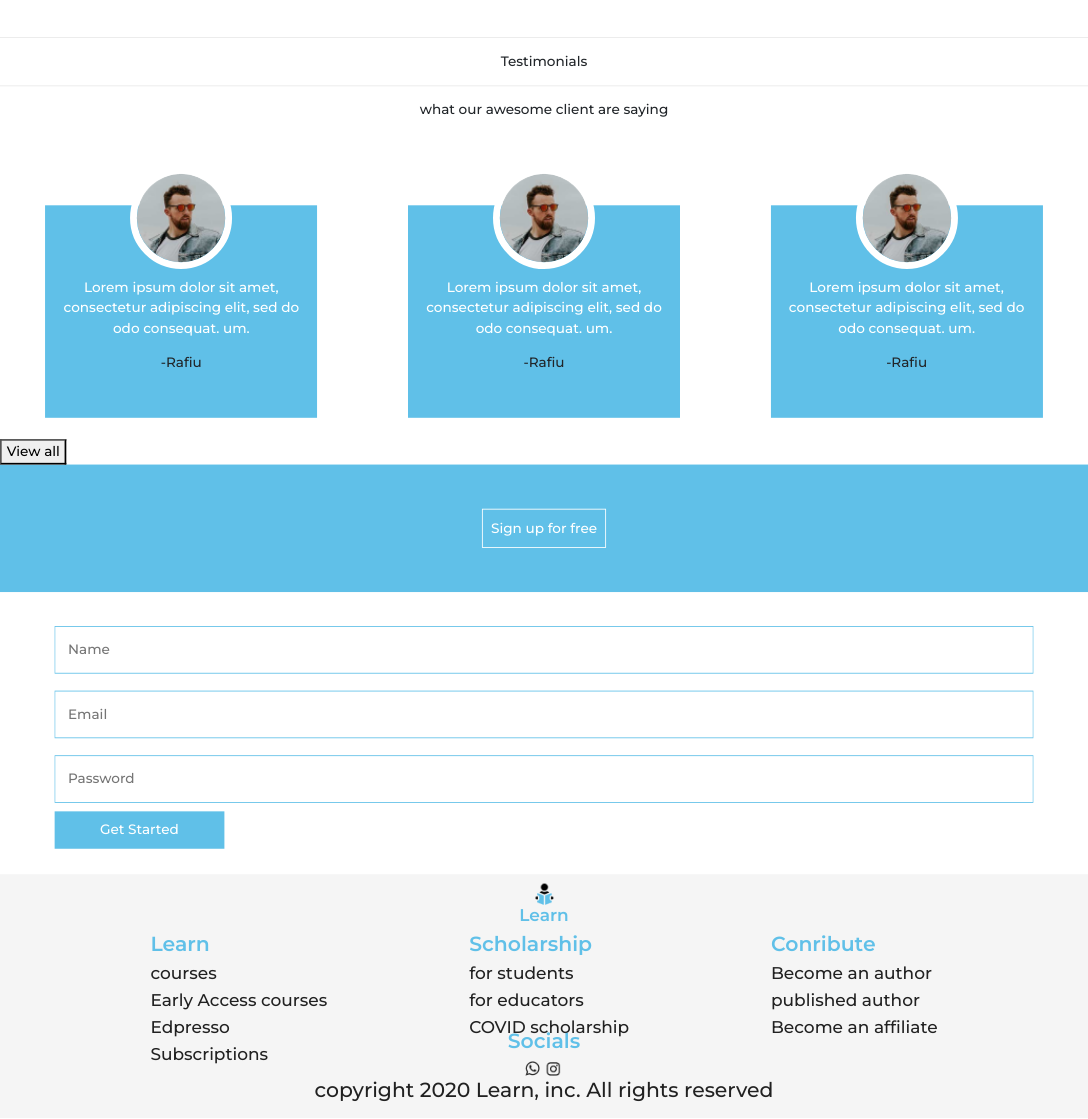
Repository: TiaraOluwanimi/team5
Page: tutor.html
An editor plug-in stored every save of this project. The page is shown before and after the next save, followed by the edit.
The browser window is 1280 px wide. The pictures show the part of the page from y = 1876 to 3192 px (the page is 3192 px tall before and 3136 px after), at 85% of full size.
A picture or video elsewhere on the page could not be fetched, so the positions and the page height are approximate. Some web libraries are served in a nearby version.

Above is the page before, as saved 2020-08-08 11:55:46.

### tutor.html
<!DOCTYPE html>
<html lang="zxx">
  <head>
    <meta charset="UTF-8" />
    <meta name="viewport" content="width=device-width, initial-scale=1.0" />
    <title>Online Tutoring</title>
    <!-- Custom Css -->
    <link rel="stylesheet" href="./assets/css/header-footer.css" />
    <link rel="stylesheet" href="./assets/css/tutor.css" />
    <link rel="stylesheet" href="./assets/css/testimonial.css" />
    <!-- Favicon -->

    <!---------------------- CDNs----------------- -->
    <!-- Bootstrap CSS CDN -->
    <link
      rel="stylesheet"
      href="https://maxcdn.bootstrapcdn.com/bootstrap/4.0.0/css/bootstrap.min.css"
      integrity="sha384-Gn5384xqQ1aoWXA+058RXPxPg6fy4IWvTNh0E263XmFcJlSAwiGgFAW/dAiS6JXm"
      crossorigin="anonymous"
    />
    <!-- fontawesome CDN -->
    <!-- Google Font -->
    <link href="https://fonts.googleapis.com/css2?family=Montserrat:wght@500;600&display=swap" rel="stylesheet">
    <!-- Font Awesome -->
    <script src="https://kit.fontawesome.com/0f19ba4771.js" crossorigin="anonymous"></script>

</head>

<body>
    <!-- Welcome to this online tutoring website. 😊 -->
    <!--  Header  -->
    <nav class="nav1">
      <a href="#"><img src="./assets/img/logo.png" alt="" /></a>
      <div class="nav1div1">
        <img
          class="searchicon"
          onclick="displaySearchBar()"
          src="./assets/img/search.png"
          alt=""
        />
        <button class="nav1butt1">Log in</button>
        <button class="nav1butt2">Join for free</button>
      </div>
      <div class="nav1div2 display">
        <input
          class="searchbar"
          type="text"
          placeholder="Enter Text here"

        />
      </div>
    </nav>

    <!-- Landing Page -->
    <div class="div1">
        <img class="div1img1" src="./assets/img/hero-img.png" alt="">
        <div class="div1div1">
            <i class="fas fa-play-circle fa-2x div1img2"></i>
            &nbsp;&nbsp;&nbsp;
            <h3 class="div1hh1">TAKE A TOUR</h3>
        </div>
    </div>

    <div class="div2">
        <h1 class="div2hh1">
            LEARN ALL YOU WANT, AT YOUR OWN
            <span class="div2hh2">PACE.</span>
        </h1>
        <h4 class="div2hh3">
            Lorem ipsum dolor sit amet, consectetur
            adipiscing elit, sed do eiusmod tempor
            incididunt ut labore et dolore magna
            aliqua. Ut enim ad minim veniam, quis
            nostrud exercitation ullamco laboris nisi
            ut aliquip ex ea commodo consequat.
        </h4>
        <div class="div2div1">
            <button class="div2butt1">Get Started</button>
        </div>
    </div>
    <!-- join us section -->
    <section id="join-us" class="py-5" style="position: relative;">
        <div style="position: absolute; right: 0px; top:-10px;">
          <img src="./assets/img/Ellipse13.png" alt="" class="img-fluid" >
        </div>
        <div class="container">
          <div class="row">
            <div class="col-12 mx-auto text-center">
              <h4 class="mx-auto sec-head">
                <span><strong>Join Us</strong></span>
              </h4>
              <p>
                Join us for free classes taught by experts. And explore hundreds
                of free online classes.
              </p>
            </div>
            <div class="row py-3">
                <div class="col-md-4 text-center my-3">
                  <div class="box-shadow py-3">
                    <img
                      src="./assets/img/course.png"
                      alt=""
                      class="join-img img-fluid rounded-circle w-50"
                    />
                    <h4 class="my-5"><strong>Choose a Course</strong></h4>
                  </div>
                </div>
                <div class="col-md-4 text-center my-3">
                  <div class="box-shadow py-3">
                    <img
                      src="./assets/img/skillset.png"
                      alt=""
                      class="join-img img-fluid rounded-circle w-50"
                    />
                    <h4 class="my-5"><strong>Grow your skillset</strong></h4>
                  </div>
                </div>
                <div class="col-md-4 text-center my-3">
                  <div class="box-shadow py-3">
                    <img
                      src="./assets/img/mentorship.png"
                      alt=""
                      class="join-img img-fluid rounded-circle w-50"
                    />
                    <h4 class="my-5"><strong>Meet a mentor</strong></h4>
                  </div>
                </div>
                <button
                  class="btn btn-lg btn-outline-primary py-3 px-5 rounded-0 mx-auto"
                >
                  View All
                </button>
              </div>
            </div>
        </div>
          </section>

    <!-- service section -->
    <section id="services" class="py-5" style="position: relative;">
      <div style="position: absolute; left: 0px; top: -30px;">
        <img src="./assets/img/Ellipse10.png" alt="" />
      </div>
      <div
        style="position: absolute; right: 0px; top: 30%; transform: scale(-1);"
      >
        <img src="./assets/img/Ellipse10.png" alt="" />
      </div>
      <div class="container">
        <div class="row">
          <div class="col-12 mx-auto text-center">
            <h4 class="mx-auto sec-head">
              <span><strong>Services</strong></span>
            </h4>
            <p>
              Helping over 5,000 students reach their ultimate goals with our
              special packages.
            </p>
          </div>
        </div>
        <div class="row p-3">
          <div class="col-md-4 text-center py-3">
            <h4><strong>Get help, FAST</strong></h4>
            <img
              src="./assets/img/hourglass1.png"
              alt=""
              class="img-fluid w-25 my-3"
            />
            <p class="my-3" style="font-size: 14px;">
              Lorem ipsum dolor sit amet, consectetur adipiscing elit, sed do
              eiusmod tempor incididunt ut labore et dolore magna aliqua. Ut
              enim ad minim veniam, quis nostrud exercitation ullamco laboris
              nisi ut aliquip ex ea commodo consequat. um.
            </p>
            <h6 class="border py-3 px-1 mx-3 border-primary">
              Learn More <i></i>
            </h6>
          </div>
          <div class="col-md-4 text-center py-3">
            <h4><strong>Personalised tutoring</strong></h4>
            <img
              src="./assets/img/teacher1.png"
              alt=""
              class="img-fluid w-25 my-3"
            />
            <p class="my-3" style="font-size: 14px;">
              Lorem ipsum dolor sit amet, consectetur adipiscing elit, sed do
              eiusmod tempor incididunt ut labore et dolore magna aliqua. Ut
              enim ad minim veniam, quis nostrud exercitation ullamco laboris
              nisi ut aliquip ex ea commodo consequat. um.
            </p>
            <h6 class="border py-3 px-1 mx-3 border-primary">
              Learn More <i></i>
            </h6>
          </div>
          <div class="col-md-4 text-center py-3">
            <h4><strong>80+ Courses</strong></h4>
            <img
              src="./assets/img/test1.png"
              alt=""
              class="img-fluid w-25 my-3"
            />
            <p class="my-3" style="font-size: 14px;">
              Lorem ipsum dolor sit amet, consectetur adipiscing elit, sed do
              eiusmod tempor incididunt ut labore et dolore magna aliqua. Ut
              enim ad minim veniam, quis nostrud exercitation ullamco laboris
              nisi ut aliquip ex ea commodo consequat. um.
            </p>
            <h6 class="border py-3 px-1 mx-3 mx-lg-1 border-primary">
              Learn More <i></i>
            </h6>
          </div>
        </div>
      </div>
    </section>
    <!-- Testimonial section -->
    <section>
      <div>
        <div class="testimonial-heading">
          <div>
            <hr>
            <span>Testimonials</span>
            <hr>
          </div>
          <p>what our awesome client are saying</p>
        </div>
        <div  id="testimonial-details">
          <div class="testimonial-card col-3">
            <img src="./assets/img/Ellipse7.png" alt="">
            <div class="testimonial-statement">
              <p>Lorem ipsum dolor sit amet, consectetur adipiscing elit, sed do odo consequat. um.</p>
            </div>
            <p>-Rafiu</p>
          </div>
          <div class="testimonial-card col-3">
            <img src="./assets/img/Ellipse7.png" alt="">
            <div class="testimonial-statement">
              <p>Lorem ipsum dolor sit amet, consectetur adipiscing elit, sed do odo consequat. um.</p>
            </div>
            <p>-Rafiu</p>
          </div>
          <div class="testimonial-card col-3">
            <img src="./assets/img/Ellipse7.png" alt="">
            <div class="testimonial-statement">
              <p>Lorem ipsum dolor sit amet, consectetur adipiscing elit, sed do odo consequat. um.</p>
            </div>
            <p>-Rafiu</p>
          </div>

        </div>
          <button>View all</button>
        <div id="sign-button">

          <button>Sign up for free</button>
        </div>
        <div class="testimonial-container">
          <form >
            <input type="text" placeholder="Name">
            <input type="email" placeholder="Email">
            <input type="password" placeholder="Password">
            <button>Get Started</button>
          </form>
        </div>
      </div>
    </section>
    <!--  Footer  -->
    <footer class="footer1">
      <div class="footer1div1">
        <img class="footer1img1" src="./assets/img/logo.png" alt="" />
        <h5 class="footer1hh1">Learn</h5>
      </div>

      <div class="footer1div2">
        <div class="footer1div3">
          <h4 class="footer1hh2">Learn</h4>
          <a href="" class="footer1link1"
            ><h5 class="footer1hh3">courses</h5></a
          >
          <a href="" class="footer1link1"
            ><h5 class="footer1hh3">Early Access courses</h5></a
          >
          <a href="" class="footer1link1"
            ><h5 class="footer1hh3">Edpresso</h5></a
          >
          <a href="" class="footer1link1"
            ><h5 class="footer1hh3">Subscriptions</h5></a
          >
        </div>
        <div class="footer1div4">
          <h4 class="footer1hh2">Scholarship</h4>
          <a href="" class="footer1link1"
            ><h5 class="footer1hh3">for students</h5></a
          >
          <a href="" class="footer1link1"
            ><h5 class="footer1hh3">for educators</h5></a
          >
          <a href="" class="footer1link1"
            ><h5 class="footer1hh3">COVID scholarship</h5></a
          >
        </div>
        <div class="footer1div5">
          <h4 class="footer1hh2">Conribute</h4>
          <a href="" class="footer1link1"
            ><h5 class="footer1hh3">Become an author</h5></a
          >
          <a href="" class="footer1link1"
            ><h5 class="footer1hh3">published author</h5></a
          >
          <a href="" class="footer1link1"
            ><h5 class="footer1hh3">Become an affiliate</h5></a
          >
        </div>
      </div>

      <div class="footer1div6">
        <h4 class="footer1hh2 redd">Socials</h4>
        <a href="#"><img src="./assets/img/whatsapp.png" alt="" /></a>
        <a href="#"><img src="./assets/img/instagram.png" alt="" /></a>
      </div>

      <h4 class="footer1hh4">
        copyright 2020 Learn, inc. All rights reserved
      </h4>
    </footer>

    <!---------------------- CDNs----------------- -->
    <!-- jQuery CDN -->
    <script
      src="https://code.jquery.com/jquery-3.2.1.slim.min.js"
      integrity="sha384-KJ3o2DKtIkvYIK3UENzmM7KCkRr/rE9/Qpg6aAZGJwFDMVNA/GpGFF93hXpG5KkN"
      crossorigin="anonymous"
    ></script>
    <!-- ajax CDN -->
    <script
      src="https://cdnjs.cloudflare.com/ajax/libs/popper.js/1.12.9/umd/popper.min.js"
      integrity="sha384-ApNbgh9B+Y1QKtv3Rn7W3mgPxhU9K/ScQsAP7hUibX39j7fakFPskvXusvfa0b4Q"
      crossorigin="anonymous"
    ></script>
    <!-- BootstrapJS CDN -->
    <script
      src="https://maxcdn.bootstrapcdn.com/bootstrap/4.0.0/js/bootstrap.min.js"
      integrity="sha384-JZR6Spejh4U02d8jOt6vLEHfe/JQGiRRSQQxSfFWpi1MquVdAyjUar5+76PVCmYl"
      crossorigin="anonymous"
    ></script>
    <!-- Custom Javascript Links -->
    <script src="./assets/js/tutor.js"></script>
  </body>
</html>

### assets/css/header-footer.css

/*  Header Navbar */
body{
  margin: 0;
}
.nav1{
   margin: 10px;
}
.nav1div1{
    display: inline;
    float: right;
}
.nav1butt1{
    color: #212121;
    border-color: #212121;
    border-width: 1px;
    background-color: #FFFFFF;
    padding: 7px 7px;
    font-family: 'Montserrat', sans-serif;
    font-weight: 500;
    outline: none;
    margin-left: 35px;
}
.nav1butt2{
    color: #FFFFFF;
    border-color: #60C0E8;
    border: none;
    background-color: #60C0E8;
    padding: 8px 7px;
    font-family: 'Montserrat', sans-serif;
    font-weight: 500;
    outline: none;
    margin-left: 8px;
}
.nav1butt1:hover{
    background-color: #f0f0f0;
      cursor: pointer;
}
.nav1butt2:hover{
    background-color: #60adce;
    cursor: pointer;
}
.searchicon:hover{
    cursor: pointer;
}
.nav1div2{
    text-align: center;
    width: 100%;
    margin-top: 10px;
}
.searchbar{
    width: 60%;
    font-family: 'Montserrat', sans-serif;
    outline: none;
    border-radius: 10px;
    padding: 10px;
    border-width: 1px;
}
.footer1link1{
    text-decoration: none;
}
.display{
    display: none;
}



/*  Footer  */
.footer1{
    padding: 10px;
    background-color: #F5F5F5;
}
.footer1div1{
    text-align: center;
}
.footer1hh1{
    margin-top: 0px;
    font-family: 'Montserrat', sans-serif;
    color: #60C0E8;
    font-weight: 600;
}
.footer1div2{
    display: flex;
    flex-direction:row;
    justify-content: space-evenly;
}
.footer1hh2{
    font-family: 'Montserrat', sans-serif;
    color: #60C0E8;
    font-weight: 600;
}
.footer1hh3{
    font-family: 'Montserrat', sans-serif;
    color: #212121;
    font-weight: normal;
}
.footer1div6{
    text-align: center;
    margin-top: -50px;
}
.redd{
    margin-bottom: 5px;
}
.footer1hh4{
    text-align: center;
    font-family: 'Montserrat', sans-serif;
    color: #212121;
    font-style: normal;
    font-weight: 500;
}

/* Footer Media Queries */
@media only screen and (max-width: 399px) {
    .footer1div2{
        flex-direction: column;
        align-items: center;
    }
    .footer1div6{
        text-align: center;
        margin-top: -10px;
    }
}

### assets/css/tutor.css
* {
  font-family: "Montserrat", sans-serif;
}
.div1 {
  margin: 10px;
  text-align: center;
}
.div1div1 {
  width: 100%;
  display: flex;
  justify-content: center;
  background-color: #60c0e8;
  margin-top: -5px;
}
.div1img1 {
  width: 100%;
  height: 350px;
}
.div1img2 {
  padding-top: 15px;
  color: #ffffff;
}
.div1div1:hover {
  background-color: #60adce;
  cursor: pointer;
}
.div1hh1 {
  font-family: "Montserrat", sans-serif;
  font-weight: 600;
  color: #ffffff;
}

.div2 {
  margin: 10px;
}
.div2hh1 {
  font-family: "Montserrat", sans-serif;
  text-align: center;
  color: #3a3a3a;
  font-weight: bold;
}
.div2hh2 {
  color: #60c0e8;
}
.div2hh3 {
  font-family: "Montserrat", sans-serif;
  text-align: center;
  color: #000000;
  font-weight: 500;
}
.div2div1 {
  text-align: center;
}
.div2butt1 {
  background-color: #60c0e8;
  font-weight: 500;
  color: #ffffff;
  border: none;
  outline: none;
  padding: 15px 30px;
  font-size: large;
}
.div2butt1:hover {
  background-color: #60adce;
  cursor: pointer;
}

/* this handles the line in each section heading  */
.sec-head {
  width: 30%;
  text-align: center;
  border-bottom: 2px solid #000;
  line-height: 0.1em;
  margin: 10px 0 20px;
}
.sec-head span {
  background: #fff;
  padding: 0 10px;
}
/* join us images border */
.join-img {
  border: 5px solid #60c0e8 !important;
}
/* box shadow */
.box-shadow {
  box-shadow: 0px 5px 30px 0.5px #e6e6e6;
}
.box-shadow:hover {
  box-shadow: 0px 5px 30px 5px #c7c7c7;
}

@media screen and (max-width: 320px) {
  .sec-head {
    width: 70%;
  }
}

### assets/css/testimonial.css
.testimonial-heading{
    text-align:center;
    margin-bottom: 50px;;
}
.testimonial-card{
    text-align: center;
    height:250px;
    width:500px;
    padding:15px;
    position: relative;
    background-color: #60C0E8;
    margin: 50px 20px 25px;


}
.testimonial-card img{
    margin-top:-60px;

    width:120px;
    border: 8px solid white;
    border-radius: 100%;

}
.testimonial-statement{
    color:#fff;
    margin:10px 0;
}
#testimonial-details{
    display:flex;
    justify-content: space-around;
    flex-wrap:nowrap;
    overflow-x: scroll;
}
.testimonial-container{
    width:90%;
    margin:0 auto;
    overflow: hidden;
}

#sign-button{
    background: #60C0E8;
    width:100%;
    height:150px;
    display: flex;
    align-items: center;
    justify-content: center;
}
#sign-button button{
    background:#60C0E8;
    color:#fff;
    padding:10px;
    border:1px solid #fff;
    transition: ease 1s;
}
#sign-button button:hover{
    background:#fff;
    color:#60C0E8;
  ;
}
form{
    box-sizing: border-box;
    margin:30px 0;
}
form input{
    width:100%;
    margin:10px 0;
    padding:15px;
    border: 1px solid #60C0E8;
    box-sizing: border-box;
}

form button{
    width:200px;
    margin: 0 auto;
    background: #60C0E8;
    color:#fff;
    padding:10px;
    border:none;
}

### assets/js/tutor.js

function displaySearchBar(){
    document.querySelector(".nav1div2").classList.toggle("display");
}

After the next save:
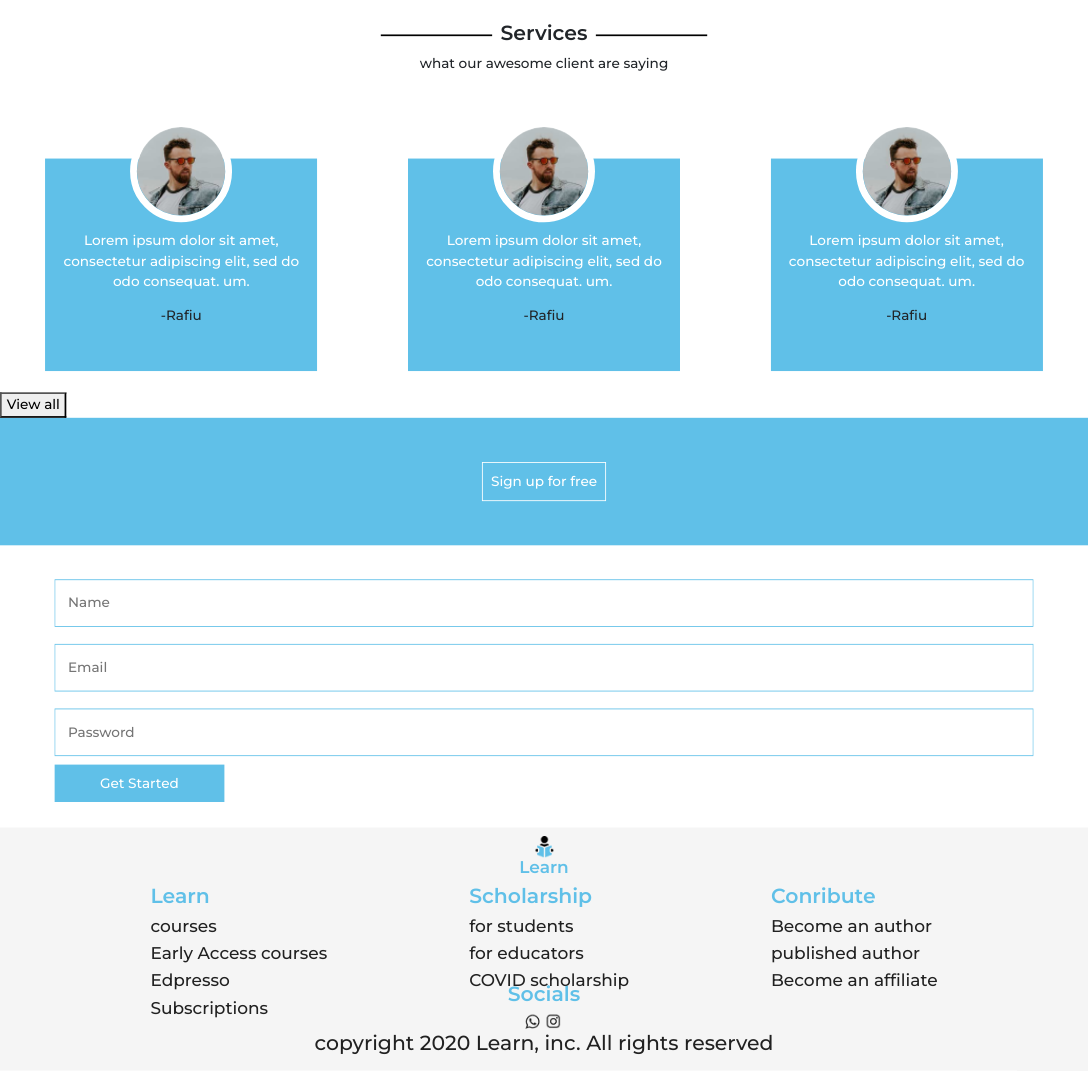
Saved 4 min 31 s later.
--- a/tutor.html
+++ b/tutor.html
@@ -217,9 +217,9 @@
       <div>
         <div class="testimonial-heading">
           <div>
-            <hr>
-            <span>Testimonials</span>
-            <hr>
+            <h4 class="mx-auto sec-head">
+              <span><strong>Services</strong></span>
+            </h4>
           </div>
           <p>what our awesome client are saying</p>
         </div>
